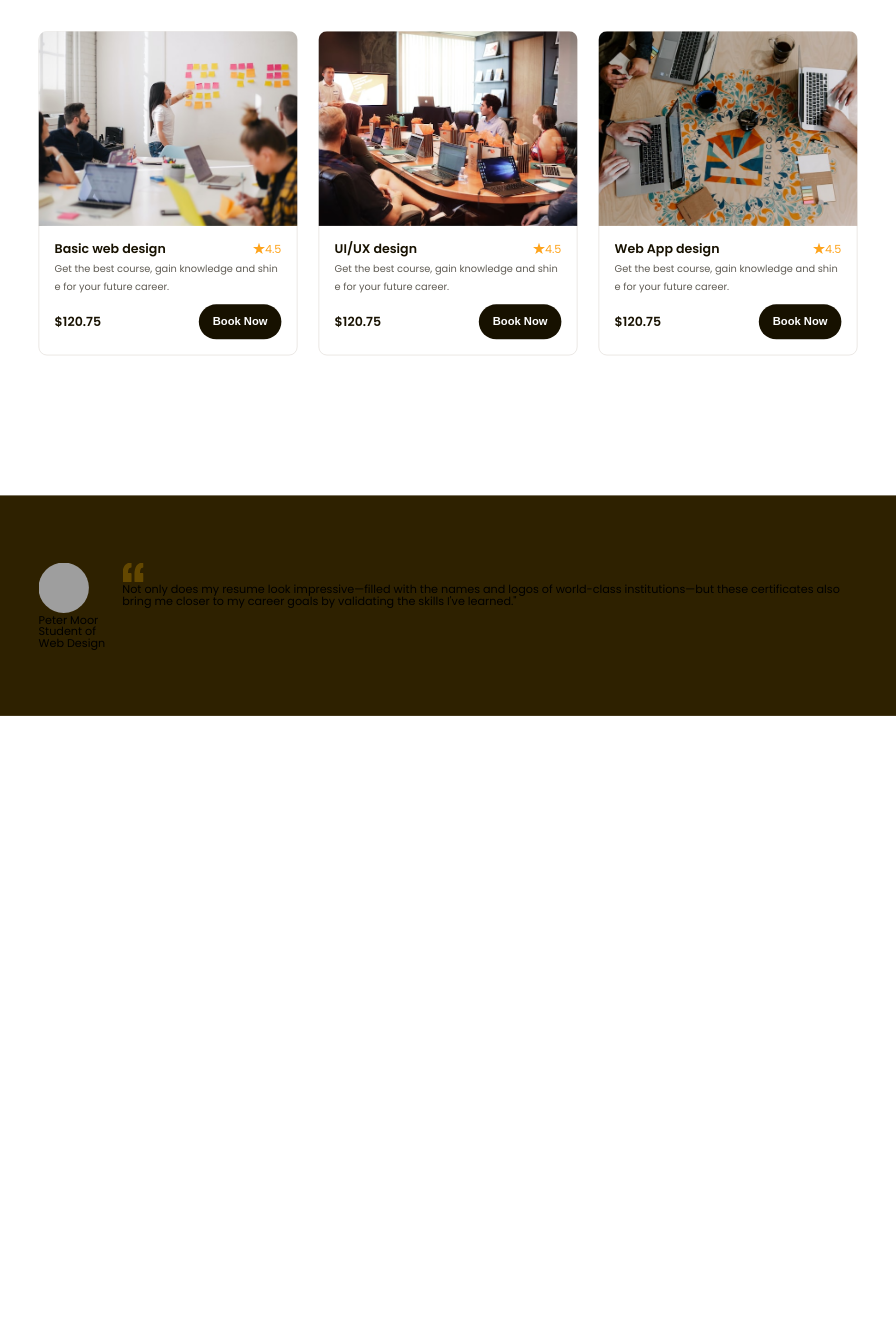
Repository: ynguyen1512/htmlcss-project-02
Page: index.html
An editor plug-in stored every save of this project. The page is shown before and after the next save, followed by the edit.
The browser window is 1280 px wide. The pictures show the part of the page from y = 1234 to 3154 px (the page is 5000 px tall), at 70% of full size.
Pictures or frames that could not be fetched are drawn as grey boxes. A picture or video elsewhere on the page could not be fetched, so the positions and the page height are approximate.

Above is the page before, as saved 2023-03-08 22:37:11.

After the next save:
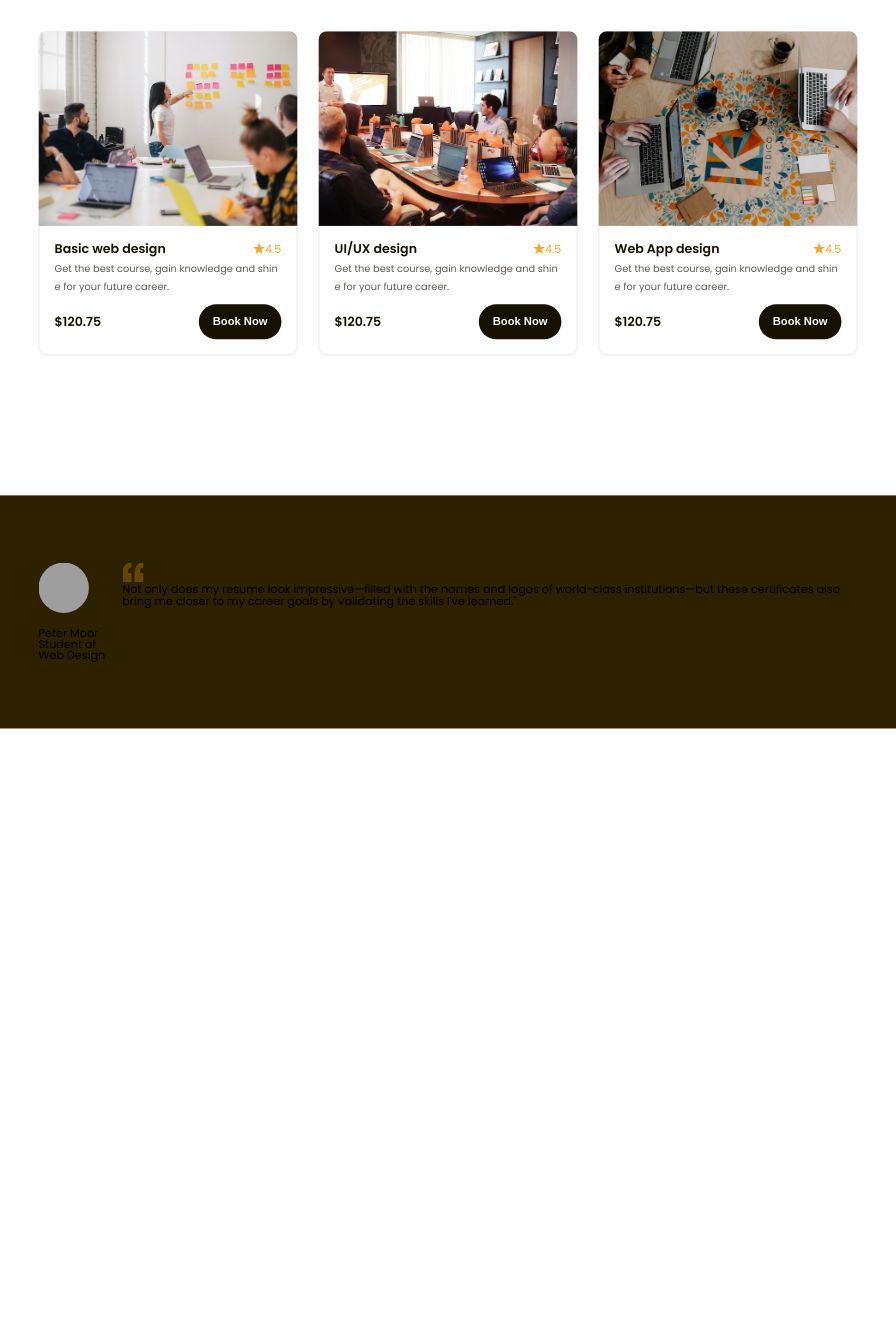
Saved 9 s later.
--- a/assets/css/style.css
+++ b/assets/css/style.css
@@ -429,5 +429,5 @@ a {
 }
 
 .feedback-item .info .title {
-
-}
+    margin-top: 18px;
+}
